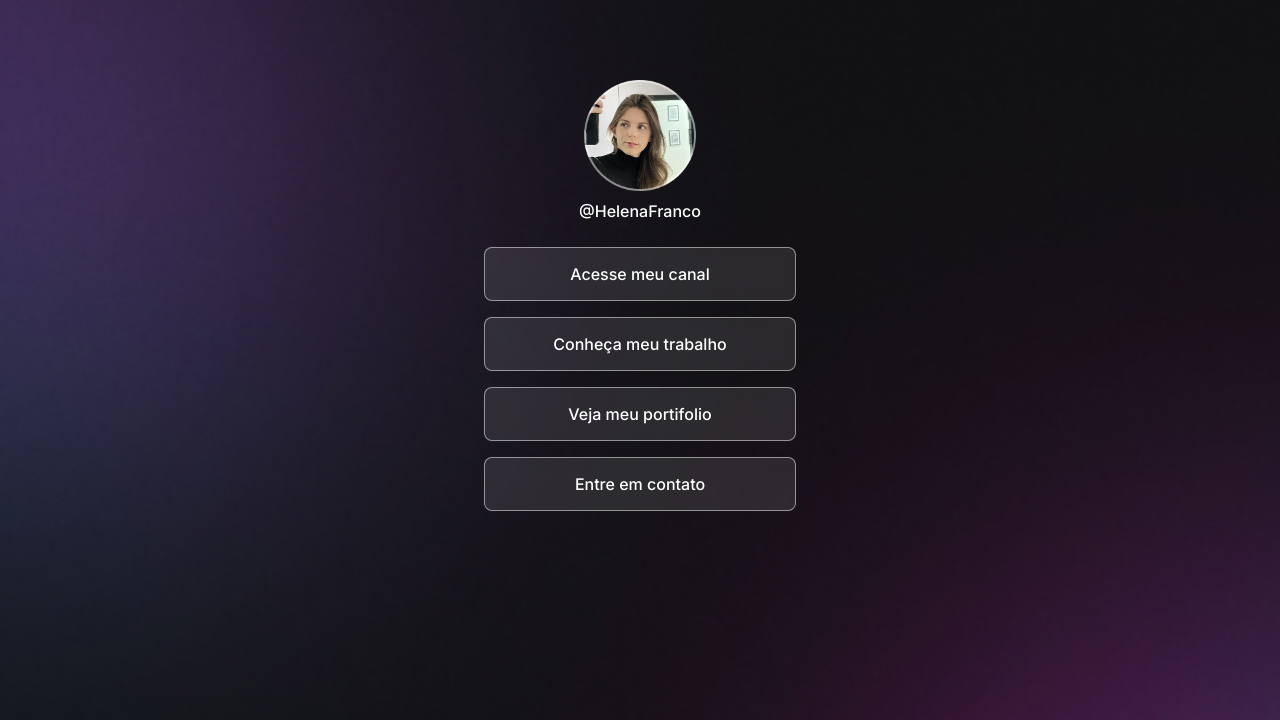
Repository: Fr4nc021/Pagina-de-links-
Page: index.html
These files come from the project's save history. The page is drawn as it stood at one moment and after the next save; the edit follows.
The browser window is 1280 px wide. The pictures show the whole page.

Above is the page before, as saved 2025-02-11 21:11:13.

After the next save:
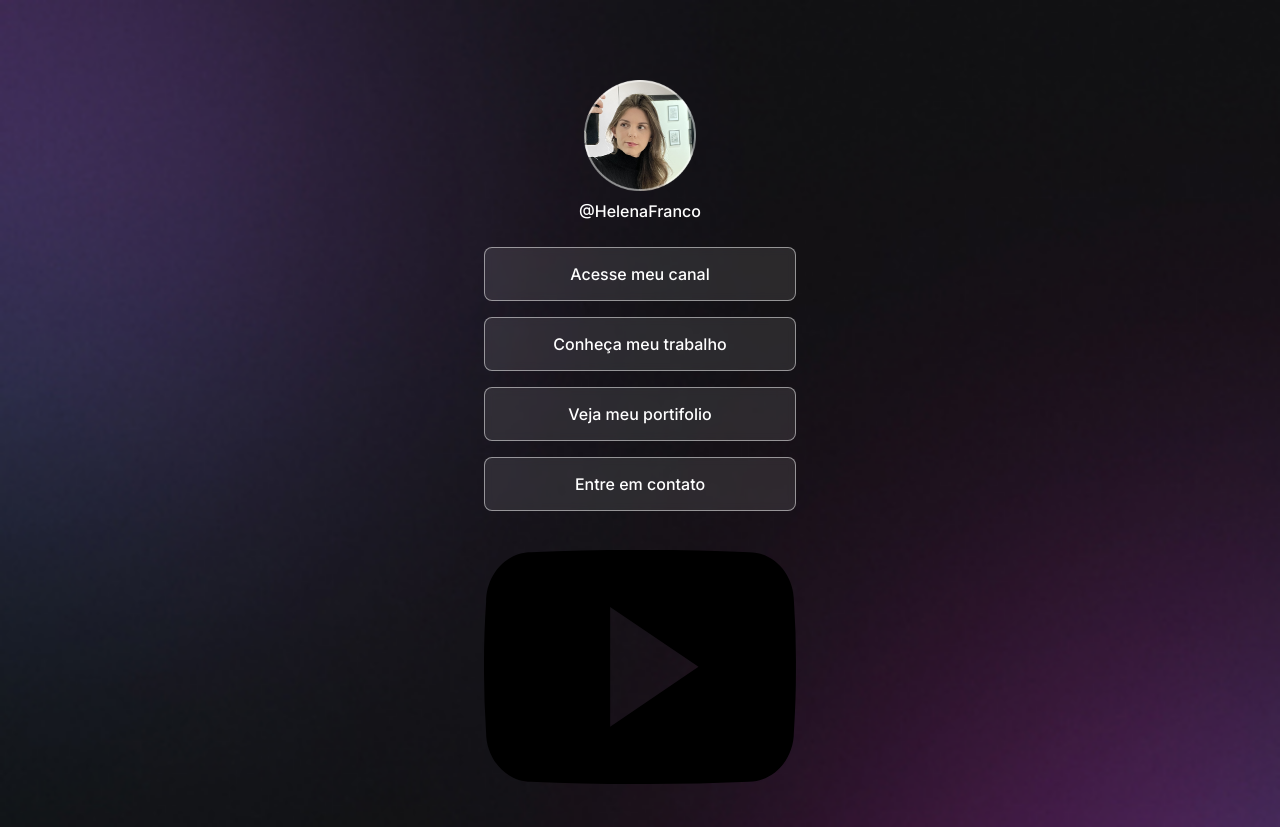
Saved 56 s later.
--- a/index.html
+++ b/index.html
@@ -34,6 +34,7 @@
         </ul>
     </div>
         <div id="social-links">
+            <svg xmlns="http://www.w3.org/2000/svg" class="ionicon" viewBox="0 0 512 512"><path d="M508.64 148.79c0-45-33.1-81.2-74-81.2C379.24 65 322.74 64 265 64h-18c-57.6 0-114.2 1-169.6 3.6C36.6 67.6 3.5 104 3.5 149 1 184.59-.06 220.19 0 255.79q-.15 53.4 3.4 106.9c0 45 33.1 81.5 73.9 81.5 58.2 2.7 117.9 3.9 178.6 3.8q91.2.3 178.6-3.8c40.9 0 74-36.5 74-81.5 2.4-35.7 3.5-71.3 3.4-107q.34-53.4-3.26-106.9zM207 353.89v-196.5l145 98.2z"/></svg>
             <ion-icon name="logo-youtube"></ion-icon>
             <ion-icon name="logo-instagram"></ion-icon>
             <ion-icon name="logo-spotify"></ion-icon>
